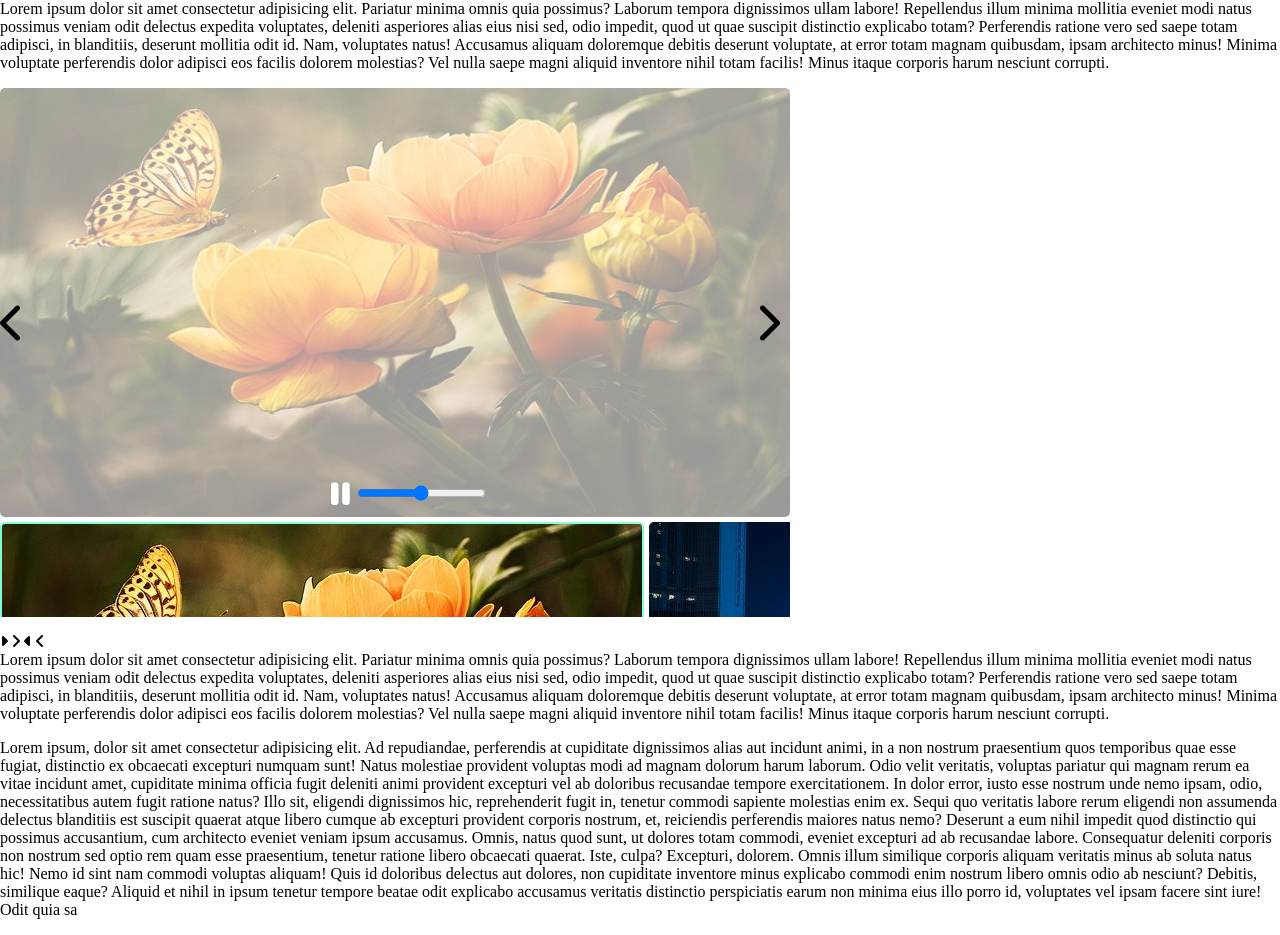
Repository: StevieC87/ASSIGNMENT3
Page: Slideshow/imgGallery5.html
The author's editor kept a copy of each file at every save. The page is drawn from the files as they stood at one save, then again after the next save.
The browser window is 1280 px wide. The pictures show the whole page.

Above is the page before, as saved 2022-02-28 00:01:33.

### Slideshow/imgGallery5.html
<!DOCTYPE html>
<html lang="en">

<head>
    <meta charset="UTF-8">
    <meta http-equiv="X-UA-Compatible" content="IE=edge">
    <meta name="viewport" content="width=device-width, initial-scale=1.0">

    <link rel="stylesheet" href="imgGallery.css">
    <link rel="stylesheet" href="./fonts/fontawesome/all.css">
    <!--  <script src="imgGallery2newORIGINAL.js" defer></script> -->

    <title>Document</title>
    <style>

    </style>
</head>

<body>

    <div class="loremipsum">
        Lorem ipsum dolor sit amet consectetur adipisicing elit. Pariatur minima omnis quia possimus? Laborum tempora
        dignissimos ullam labore! Repellendus illum minima mollitia eveniet modi natus possimus veniam odit delectus
        expedita voluptates, deleniti asperiores alias eius nisi sed, odio impedit, quod ut quae suscipit distinctio
        explicabo totam? Perferendis ratione vero sed saepe totam adipisci, in blanditiis, deserunt mollitia odit id.
        Nam, voluptates natus! Accusamus aliquam doloremque debitis deserunt voluptate, at error totam magnam quibusdam,
        ipsam architecto minus! Minima voluptate perferendis dolor adipisci eos facilis dolorem molestias? Vel nulla
        saepe magni aliquid inventore nihil totam facilis! Minus itaque corporis harum nesciunt corrupti.
        <p></p>
        <p></p>

    </div>
    <div class="slideOuterContainer">
        <div class="gallerycontainer">
            <div class="mainphotodiv" id="mainphotodiv">
                <div class="mainphotodiv2" id="mainphotodiv2"></div>

                <div id="buttonsdiv1">
                    <div id="pausediv">
                        <i class="fa-solid fa-pause"></i>
                    </div>
                    <div id="playdiv" class="hidden">
                        <i id="playicon" class="fa-solid fa-play"></i>
                    </div>
                    <div id="rangeSliderdiv" class="rangeSliderdiv">
                        <label for="speed"></label>
                        <input id="rangeSlider" type="range" min="1" max="3" value="2">
                    </div>
                </div>

                <div id="buttonleftdiv"></div>
                <div id="buttonrightdiv"></div>

                <i id="buttonNext" class="fa-solid fa-chevron-right"></i>
                <i id="buttonPrevious" class="fa-solid fa-chevron-left"></i>
            </div>


        </div>
        <div class="thumbcontainer" id="thumb_container">
            <!-- thumbnails go here -->
        </div>

    </div>
    </div>
    <p></p>


    <i class="fa-solid fa-caret-right"></i>
    <i class="fa-solid fa-angle-right"></i>

    <i class="fa-solid fa-caret-left"></i>
    <i class="fa-solid fa-angle-left"></i>


    <!-- <div id="UIcontrols">
    <button id="buttonleft">Left</button>
    <button id="buttonpause">pause</button>
    <button id="buttonresume">Resume</button>
    <button id="buttonright">Right</button>
</div> -->

    <div id="parentdiv2">
        <!-- <div id="childdiv2"></div> -->
    </div>
    <div class="loremipsum">
        Lorem ipsum dolor sit amet consectetur adipisicing elit. Pariatur minima omnis quia possimus? Laborum tempora
        dignissimos ullam labore! Repellendus illum minima mollitia eveniet modi natus possimus veniam odit delectus
        expedita voluptates, deleniti asperiores alias eius nisi sed, odio impedit, quod ut quae suscipit distinctio
        explicabo totam? Perferendis ratione vero sed saepe totam adipisci, in blanditiis, deserunt mollitia odit id.
        Nam, voluptates natus! Accusamus aliquam doloremque debitis deserunt voluptate, at error totam magnam quibusdam,
        ipsam architecto minus! Minima voluptate perferendis dolor adipisci eos facilis dolorem molestias? Vel nulla
        saepe magni aliquid inventore nihil totam facilis! Minus itaque corporis harum nesciunt corrupti.
        <p></p>
        <p></p>

    </div>
    <p>Lorem ipsum, dolor sit amet consectetur adipisicing elit. Ad repudiandae, perferendis at cupiditate dignissimos
        alias aut incidunt animi, in a non nostrum praesentium quos temporibus quae esse fugiat, distinctio ex obcaecati
        excepturi numquam sunt! Natus molestiae provident voluptas modi ad magnam dolorum harum laborum. Odio velit
        veritatis, voluptas pariatur qui magnam rerum ea vitae incidunt amet, cupiditate minima officia fugit deleniti
        animi provident excepturi vel ab doloribus recusandae tempore exercitationem. In dolor error, iusto esse nostrum
        unde nemo ipsam, odio, necessitatibus autem fugit ratione natus? Illo sit, eligendi dignissimos hic,
        reprehenderit fugit in, tenetur commodi sapiente molestias enim ex. Sequi quo veritatis labore rerum eligendi
        non assumenda delectus blanditiis est suscipit quaerat atque libero cumque ab excepturi provident corporis
        nostrum, et, reiciendis perferendis maiores natus nemo? Deserunt a eum nihil impedit quod distinctio qui
        possimus accusantium, cum architecto eveniet veniam ipsum accusamus. Omnis, natus quod sunt, ut dolores totam
        commodi, eveniet excepturi ad ab recusandae labore. Consequatur deleniti corporis non nostrum sed optio rem quam
        esse praesentium, tenetur ratione libero obcaecati quaerat. Iste, culpa? Excepturi, dolorem. Omnis illum
        similique corporis aliquam veritatis minus ab soluta natus hic! Nemo id sint nam commodi voluptas aliquam! Quis
        id doloribus delectus aut dolores, non cupiditate inventore minus explicabo commodi enim nostrum libero omnis
        odio ab nesciunt? Debitis, similique eaque? Aliquid et nihil in ipsum tenetur tempore beatae odit explicabo
        accusamus veritatis distinctio perspiciatis earum non minima eius illo porro id, voluptates vel ipsam facere
        sint iure! Odit quia sa</p>


    <script src="imgGallery.js"></script>
</body>

</html>

### Slideshow/imgGallery.css
:root{
    --width:800px;
    --height:636px;
    --imgwidth:560px;
    /* ratio 3:2 for landscape  */
    /* --imgwidth: calc(var(--width) - 10px);
   --imgheight: calc(var(--height) - 10px);  */
   /* --imgwidth: 450px;
   --imgheight: 300px;  */
}
body {
    margin: 0;

}
* {
    box-sizing: border-box;
  }

/* DEFAULT MOBILE SIZE VALUES */
.slideOuterContainer {
    max-width: var(--width);
    max-height: var(--height);
}
.gallerycontainer {
    display: grid;
  /*   max-height: 500px;
    width: 560px; */
    /* overflow: hidden; */

}

.mainphotodiv {
    grid-row: 1/2;
    grid-column: 1 / -1;
    position: relative;

}

.mainphoto {
    /* width: var(--width);
    height: var(--height); */
   /*  width: 100%;
    max-height: 400px; */
   /*  height: 100%; */
   /*  margin: auto; */

   /* width: auto; */

   transition: display 1s;
  /*  max-width: 560px;
   height: 400px; */
   border-radius: 5px;
}
.mainphoto2{
    position: absolute;
    top: 0;
    left: 0;

}
.mainphotodiv2 {
    /* height: 466px; */
}
.mainphotofullsize {
    max-width: 800px;
}
.visible {
    visibility: visible;
}
.hidden {
    visibility: hidden;
    /* display: none; */
}
.thumbcontainer {
    grid-row: 2/3;
    grid-column: 1 / -1;
    width: auto;
    display: flex;
    height: 100px;
  /*   flex-wrap: wrap; */
    z-index:20;
    overflow-x: scroll;
    overflow-y: hidden;
    gap: 5px;
    max-width: var(--width);
    position: relative;

}
.center-img {
    display: block;
    margin-left: auto;
    margin-right: auto;
    width: 50%;
  }

/* .imgclass {
    width: 100px;
} */
.thumb {
    border-radius: 5px;
    margin-top: 5px;
    background-color: sandybrown;

  /*   max-width: 100px;
    height: 100px; */

}
.thumb-portrait {
    width: 75px;
    height: 83px;

}
.thumb-landscape {
    width: 155px;
    height: 83px;

}

.thumbfocus {
   /* border: 5px solid black; */
 /*   box-shadow:  inset 5em 1em gold; */
   border: 2px solid aquamarine;
}

.landscape-desktop {

   /*  height: 400px;
    width: 560px; */
    width: 100%;
   /*  object-fit: cover; */
}
.portrait-desktop {

    width: auto;
    margin: 0 auto;
}




.fade {
    -webkit-animation-name: fade;
    -webkit-animation-duration: 2s;
    animation-name: fade;
    animation-duration: 4s;
    }
  @-webkit-keyframes fade {
    from {opacity: .4}
    to {opacity: 1}
    }

    @keyframes fade {
    from {opacity: .4}
    to {opacity: 1}
    }

#buttonsdiv1 {
    position: absolute;
    bottom: 0%;
   /*  left: 50%; */
    /* left: calc((var(--width) / 2)  - 70px); */
    left: 50%;
    margin-left: -69px;
   /*  background-color: gray; */
   /*  width: 75px; */
    padding: 5px;
    display: flex;
    width: 112px;

}


#pausediv {
   /*  position: absolute;
    top: 0%;
    left: 0%; */
    color: white;
    font-size: 30px;
   /*  padding: 5px; */

    /* background-color: yellow; */
}
#playdiv{
    color: white;
    font-size: 30px;
    position: absolute;
    top: 0%;
    left: 0%;
    padding: 5px;
    display: block;
}
.rangeSliderdiv{
   padding-top: 5px;
   padding-left: 5px;
}

#buttonleftdiv {
    position: absolute;
    top: 0;
    left: 0;
    font-size: 40px;
    height: 100%;
    width: 50px;
    /* filter: brightness(0.5); */
    background-color: gray;
    opacity: 0;
    z-index: 3;
}
#buttonrightdiv {
    position: absolute;
    top: 0;
    right: 0;
    font-size: 40px;
    height: 100%;
    width: 50px;
    /* filter: brightness(0.5); */
    background-color: gray;
    opacity: 0;
    z-index: 3;
}

#buttonNext {
    position: absolute;
    top: 50%;
    right: 0;
    font-size: 40px;
    margin-right: 10px;

}

#buttonPrevious {
    position: absolute;
    top: 50%;
    left: 0;
    font-size: 40px;
    margin-right: 10px;
}

### Slideshow/imgGallery.js
//ARRAY OF IMAGES
const myImages = [

    "./images/1.jpg",
    "./images/3.jpg",
    "./images/4.jpg",
    "./images/5.jpg",
    "./images/8.jpg",
    "./images/9.jpg",
    "./images/10.jpg",
    "./images/6.jpg",
    "./images/7.jpg"
];
//get total number of images
const totalImages = myImages.length;
//get index of last image
const totalImagesIndex = totalImages - 1;
//create counter variable
let currentSlide;

//grab elements
const parentdiv = document.querySelector('#mainphotodiv');
let currentphoto = document.querySelector(`img${currentSlide}`);
let currentMainphoto = document.querySelector('.mainphoto');
const parentdivthumb = document.querySelector('.thumbcontainer');
const photoparentdiv = document.querySelector('#mainphotodiv2');
//more elements for event listeners
const pausebutton = document.querySelector('#pausediv');
const playbutton = document.querySelector('#playdiv');
const rangeslider = document.querySelector('#rangeSlider');
const button_back_div = document.querySelector('#buttonleftdiv');
const button_next_div = document.querySelector('#buttonrightdiv');
let speed; //create variable for slider speed


/****************** FUNCTION RETURN ORIENTATION OF IMAGE **********************/
const getImgOrientReturnClass = (imgObject) => {
    let mainphoto_width = imgObject.naturalWidth;
    let mainphoto_height = imgObject.naturalHeight;
    let landscapemainphoto;
    //for class name - get orientation
    if (mainphoto_width > mainphoto_height) {
        //  orientation = 'landscape';
        //thumbheight = '100px';
        // console.log(orientation);
        landscapemainphoto = 'landscape';
        return landscapemainphoto;
    }
    else if (mainphoto_height > mainphoto_width) {
        landscapemainphoto = 'portrait';
        return landscapemainphoto;
    }
}
/****************** CREATE THUMBNAILS FROM ARRAY **********************/
function thumbnails(imgsarray) {
    //LOOP OVER IMAGES ARRAY, CREATE THUMBNAIL IMAGES
    myImages.forEach((element, index) => {
        // const startdelay = setTimeout(() => {
        //get image orientation, and set class
        //create img object


        let myPromise = new Promise(function (myResolve, myReject) {

            let img = document.createElement('img');
            img.src = `${myImages[index]}`;   //gets src from array index
            //pass img to function to get orientation
            let orientation = getImgOrientReturnClass(img);
            let orientationthumb;
            //set css class, depending on result
            if (orientation === 'portrait') {
                orientationthumb = 'thumb-portrait';
            }
            else if (orientation === 'landscape') {
                orientationthumb = 'thumb-landscape'
            }
            let imgid = 'thumb' + index; //create new imgid
            let slideDynamicNew = `<img id="${imgid}" class="thumb ${orientationthumb}" src="${myImages[index]}">`; //create img with template literal
            //create div to put new img as innerHTML, then append it thumbnail container
            myResolve(slideDynamicNew);

            if (orientationthumb) {
                // if (x == 0) {
                //
            } else {
                // myReject("Error");
            }
        });

        myPromise.then(
            function (slideDynamicNew) {
                myResolve(slideDynamicNew);

            },
            //  function(error) {myDisplayer(error);}
        );
        function myResolve(slideDynamicNew1) {
            let divfirst = document.createElement('div');
            divfirst.innerHTML = slideDynamicNew1;
            parentdivthumb.appendChild(divfirst);
        }





        //  }, 200);
    });
};
thumbnails(myImages);

/****************** CREATE IMAGES IN THE BEGINNING **********************/
const allimages = () => {

    //get width of div around img, to get width of available window space
    let availablewidth = parentdiv.offsetWidth;
    //console.log(availablewidth, 'availablewidth');
    //get max-width we have set as variable in css stylesheet
    let getcssmaxwidth = getComputedStyle(document.documentElement)
        .getPropertyValue('--width'); //e.g. 800px
    let csswidthclean = getcssmaxwidth.slice(0, 3); //remove px from the end
    let cssmaxwidth = csswidthclean * 1;  //convert into integer

    //LOOP THROUGH IMAGES ARRAY , AND CREATE IMAGES
    myImages.forEach((element, index) => {

        //create image inside setTimeout function otherwise it doesn't set the class
        const startdelay = setTimeout(() => {
            let height;
            let width;
            //create div element to append the image to
            //create image object to get orientation
            let img = document.createElement('img');
            img.id = 'img' + index; // concatenate for image id  e.g. img3
            img.src = `${myImages[index]}`;  //get url for image src from array
            //pass img as parameter to orientation function
            let orientation = getImgOrientReturnClass(img);//calls orientation function to return

            //if it's the first image in the array, set it to visible and set currentSlide to 0
            if (index === 0) {
                classvisible = 'visible';
                currentSlide = 0;
            }
            else {
                classvisible = 'hidden';

            }
            //create image class
            img.className = `mainphoto ${orientation} mainphoto2 ${classvisible}`;


            if (availablewidth < cssmaxwidth) {


                height = availablewidth * 0.677;
                width = availablewidth;
                if (orientation == 'portrait') {
                    height = availablewidth * 0.677;
                    width = height * 0.677;
                    let imgportraithalf = width / 2;
                    let cssclassnewleft = `calc(50% - ${imgportraithalf}px)`;
                    img.style.left = cssclassnewleft;
                }
            }
            else if (availablewidth >= cssmaxwidth) {
                width = 790;
                height = 790 * 0.67 - 100;
                if (orientation == 'portrait') {
                    height = width * 0.667 - 100;
                    width = height * 0.6;
                    let imgportraithalf = width / 2;
                    let cssclassnewleft = `calc(50% - ${imgportraithalf}px)`;
                    img.style.left = cssclassnewleft;

                }
            }
            photoparentdiv.style.height = `${height}px`;
            photoparentdiv.style.width = `${width}px`;
            img.style.height = `${height}px`;
            img.classList.add('mainphotofullsize');
            img.style.width = `${width}px`;

            document.querySelector('.slideOuterContainer').style.height = `${height + 100}px`;
            document.querySelector('.slideOuterContainer').style.width = `${width}px`;
            photoparentdiv.appendChild(img);
        }
            , 200);
    });

}
allimages();
/****************** SLIDE IMAGE BASED ON INDEX PROVIDED **********************/
const Slider = (photoindex) => {
    //get current photo
    let currentphoto1 = document.querySelector(`#img${currentSlide}`);
    //get new photo
    let nextphoto = document.querySelector(`#img${photoindex}`);

    //hide current photo using css + fade effect
    currentphoto1.classList.remove('visible');
    currentphoto1.classList.add('hidden');
    currentphoto1.classList.remove('fade');

    //make visible new photo + fade effect
    nextphoto.classList.add('fade');
    nextphoto.classList.remove('hidden');
    nextphoto.classList.add('visible');
    ''
    //remove 'focus' class on thumbnail of current picture
    let currentThumbnail = document.querySelector(`#thumb${currentSlide}`);
    currentThumbnail.classList.remove('thumbfocus');

    //add 'focus' class to thumbnail - of image we change to
    let new_thumbnail = document.querySelector(`#thumb${photoindex}`);
    new_thumbnail.classList.add('thumbfocus');

    //SET UP SCROLLING in thumbnail container
    //get width of thumbnail container
    let thumbG = document.querySelector('.thumbcontainer'); //get thumb container
    let thumb_container_width = thumbG.offsetWidth;

    //get px from the left , of new thumbnail, inside the thumbnail container
    let new_thumbnail_leftpx = new_thumbnail.offsetLeft;
    //get px from the right, of new thumbnail, isnide thumbnail cotnainer, adding 100px for thumbnail width
    let new_thumbnail_rightpx = new_thumbnail_leftpx + 155; //plus 155 pixels width of thumbnail width
    //if position of right side of image, is more than width of thumbcontainer, so outside of the view, then scroll
    if (new_thumbnail_rightpx > thumb_container_width) {
        thumbG.scrollLeft = new_thumbnail_leftpx; //thumbcontianer, scroll as many pixels to the right, as the offsetLeft position of the thumbnail
    }
    else {
        thumbG.scrollLeft = 0; //thumb container, scroll to left
    }
    currentSlide = photoindex;
}


/*********** THUMBNAIL CLICK - EVENT LISTENER ****************/
let thumbnail_click = parentdivthumb.addEventListener('click', function (event) {
    //we put event listener on container div of thumbnails
    //we check user clicked on an image, not e.g. on margin
    if (event.target.nodeName == 'IMG') {
        //get image's id, that we clicked on, to pass to slider function as parameter
        let idclean = event.target.id.slice(5);
        Slider(idclean);
    }

})
/*********** NEXT BUTTON - EVENT LISTENER ****************/
let click_next = button_next_div.addEventListener('click', function (event) {
    //change new photo index based on current index
    let nextslide;
    //if last picture, start again
    if (currentSlide == totalImagesIndex) {
        nextslide = 0;
    }
    else {
        //because 'next' button, go to next picture
        nextslide = currentSlide * 1 + 1;
    }
    //call slider function with new photo index
    Slider(nextslide);
});
/*********** BACK BUTTON - EVENT LISTENER ****************/
let click_back = button_back_div.addEventListener('click', function (event) {
    //change new photo index based on current index
    let nextslide;
    //if first image (with index of 0), go to last image
    if (currentSlide === 0) {
        nextslide = totalImagesIndex;
    }
    else {
        //because back button, go back 1
        nextslide = currentSlide - 1;
    }
    //call slider function with new photo index
    Slider(nextslide);
});
/********** RANGE SLIDER - EVENT LISTENER ****************/
let rangeevent = rangeslider.addEventListener('input', function (event) {
    //get value of range slider
    let rangespeed = event.target.value;
    //set slideshow speed (ms) depending on value
    if (rangespeed == 1) {
        speed = 6000;
    }
    else if (rangespeed == 2) {
        speed = 4000;
    }
    else if (rangespeed == 3) {
        speed = 2000;
    }
    //stop automatic slideshow
    clearInterval(intervalAutoslideID);
    intervalAutoslideID = null;

    //if auto slideshow stopped -> set icon from play to pause - toggle hidden class
    if (!intervalAutoslideID) {
        let classif = playbutton.getAttribute("class");
        if
            (classif !== 'hidden') {
            pausebutton.classList.remove('hidden');
            playbutton.classList.add('hidden');
        }
        //and start slideshow with speed of range slider
        intervalAutoslideID = setInterval(autoslide, speed, 'autoslide');
    }

});

/********** CLICK PAUSE - EVENT LISTENER ****************/
let pauseclick = pausebutton.addEventListener('click', function (event) {
    //stop repeating function (auto slider) - stop slideshow
    clearInterval(intervalAutoslideID);
    intervalAutoslideID = null;
    //change icon from pause to play
    playbutton.classList.toggle('hidden');
    pausebutton.classList.toggle('hidden');
});

/********** CLICK PLAY - EVENT LISTENER ****************/
let playclick = playbutton.addEventListener('click', function (event) {
    let defaultspeed = 5000;
    let speed;
    //get speed from range slider
    let sliderspeed = document.querySelector('#rangeSlider').value;
    if (sliderspeed == 1) {
        speed = 6000;
    }
    else if (sliderspeed == 2) {
        speed = 4000;
    }
    else if (sliderspeed == 3) {
        speed = 2000;
    }
    //set repeating function, to call autoslide, with speed based on range
    if (!intervalAutoslideID) {
        intervalAutoslideID = setInterval(autoslide, speed, 'autoslide');
    }
    //change icon from play to pause
    playbutton.classList.toggle('hidden');
    pausebutton.classList.toggle('hidden');
});

//**** LAUNCH AUTOMATIC SLIDESHOW ******* */
let intervalAutoslideID;
if (!intervalAutoslideID) {
    intervalAutoslideID = setInterval(autoslide, 5000, 'autoslide');
}

/**********FUNCTION FOR AUTO SLIDESHOW CHANGE IMG INDEX ****************/
function autoslide() {
    //change new photo index based on current index, and call slider function
    let new_photo_index;
    //if we are at last image, set next image to 0, so first image
    if (currentSlide === totalImagesIndex) {
        new_photo_index = 0;
    }
    //else increase counter to show next image
    else {
        new_photo_index = currentSlide * 1 + 1;
    }
    //call slider function, pass index of photo we want to show
    Slider(new_photo_index);
}

Loaded but not shown: Slideshow/fonts/fontawesome/all.css (library)

After the next save:
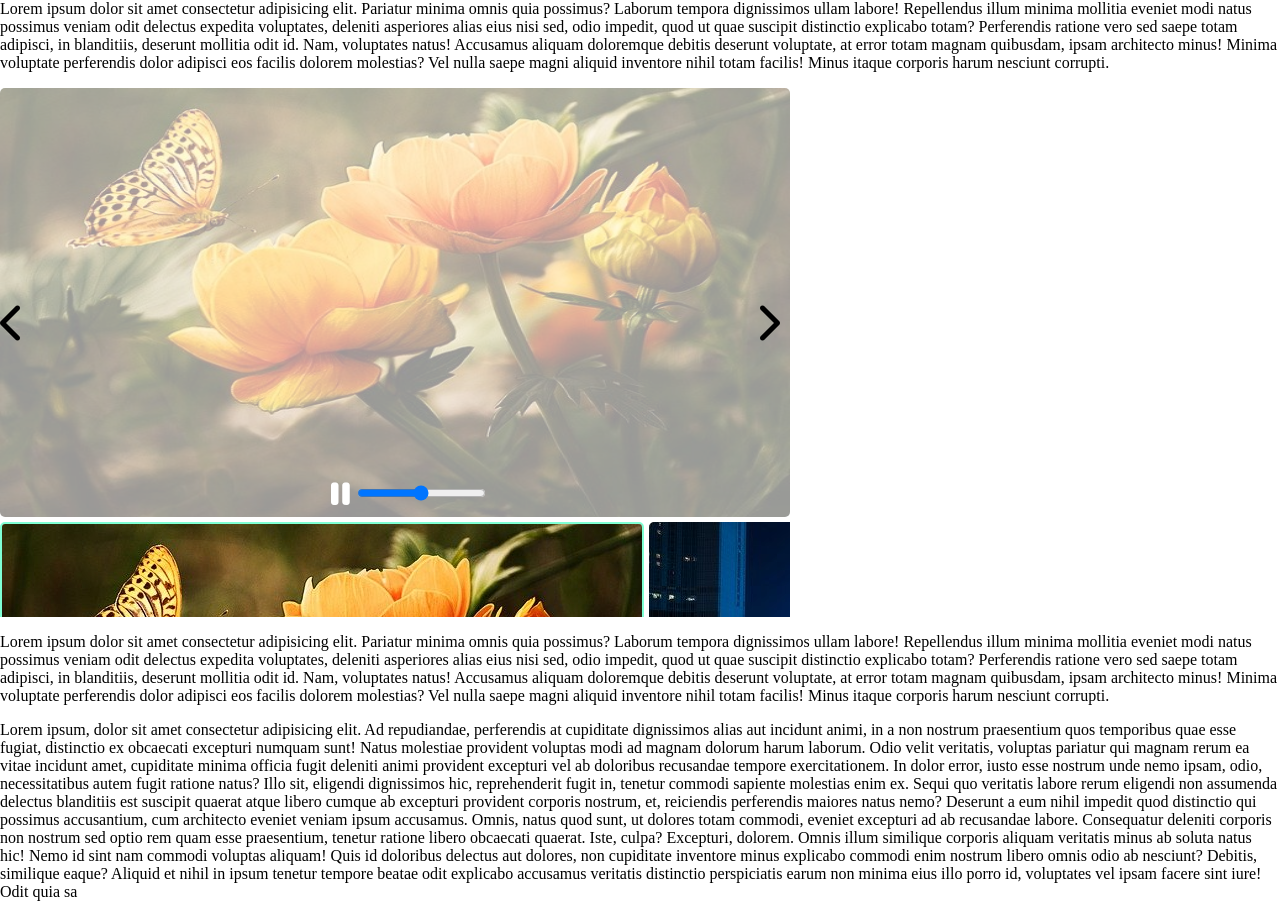
Saved 33 s later.
--- a/Slideshow/imgGallery5.html
+++ b/Slideshow/imgGallery5.html
@@ -66,19 +66,6 @@
     <p></p>
 
 
-    <i class="fa-solid fa-caret-right"></i>
-    <i class="fa-solid fa-angle-right"></i>
-
-    <i class="fa-solid fa-caret-left"></i>
-    <i class="fa-solid fa-angle-left"></i>
-
-
-    <!-- <div id="UIcontrols">
-    <button id="buttonleft">Left</button>
-    <button id="buttonpause">pause</button>
-    <button id="buttonresume">Resume</button>
-    <button id="buttonright">Right</button>
-</div> -->
 
     <div id="parentdiv2">
         <!-- <div id="childdiv2"></div> -->
